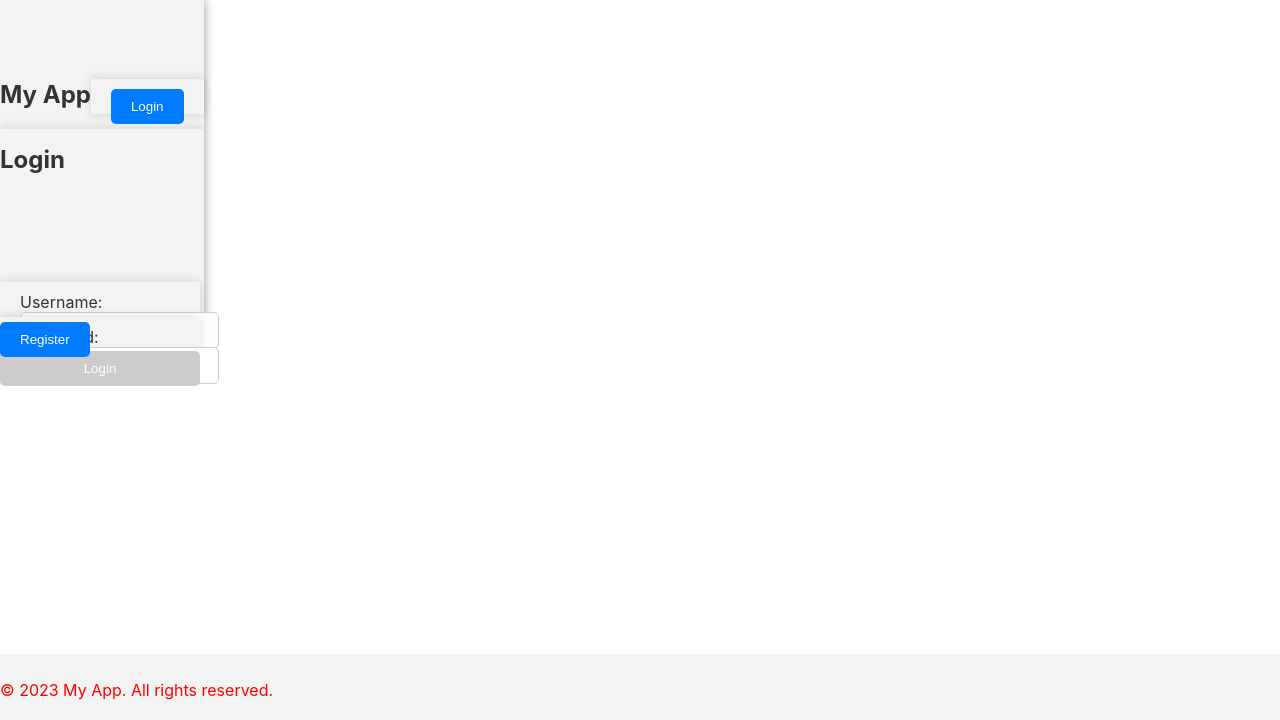
Repository: iMlearnDinG/react-app-v2
Page: /
The author's editor kept a copy of each file at every save. The page is drawn from the files as they stood at one save, then again after the next save.
The browser window is 1280 px wide. The pictures show the whole page.
The page's requests for data from a server got no answer. The project was rebuilt for these pictures with package versions that can differ from the ones it lists, and the page was loaded fresh each time. No one was signed in, and anything a server would have sent is missing. Also part of the build but not shown: src/components/Register.js, src/components/Lobby.js, src/components/Game.js, src/components/Menu.js.

Above is the page before, as saved 2023-07-19 02:13:25.

### src/index.js
import React from 'react';
import ReactDOM from 'react-dom/client';
import './index.css';
import App from './App';
import reportWebVitals from './reportWebVitals';

ReactDOM.createRoot(document.getElementById('root')).render(
  <React.StrictMode>
    <App />
  </React.StrictMode>,
);

// If you want to start measuring performance in your app, pass a function
// to log results (for example: reportWebVitals(console.log))
// or send to an analytics endpoint. Learn more: https://bit.ly/CRA-vitals
reportWebVitals();

### src/App.js
import React, { useContext, useEffect } from 'react';
import { BrowserRouter as Router, Routes, Route, useNavigate } from 'react-router-dom';
import { AuthProvider, AuthContext } from './config/AuthContext';
import Login from './components/Login';
import Register from './components/Register';
import Lobby from './components/Lobby';
import Game from './components/Game';
import Menu from './components/Menu';
import Navbar from './components/Navbar'
import SessionRenewal from './SessionRenewal';

function PrivateRoute({ children }) {
  const { user, loading } = useContext(AuthContext);
  const navigate = useNavigate();

  useEffect(() => {
    if (!loading && !user) {
      navigate('/login', { replace: true });
    }
  }, [loading, user, navigate]);

  if (loading) {
    return <div>Loading...</div>;
  }

  if (!user) {
    return null;
  }

  return children;
}

function App() {
  return (
    <Router>
      <div className="App">
        <AuthProvider>
          <Navbar />
          <Routes>
            <Route path="/" element={<Login />} />
            <Route path="/login" element={<Login />} />
            <Route path="/register" element={<Register />} />
            <Route path="/lobby" element={<PrivateRoute><Lobby /></PrivateRoute>} />
            <Route path="/game" element={<PrivateRoute><Game /></PrivateRoute>} />
            <Route path="/menu" element={<PrivateRoute><Menu /></PrivateRoute>} />
          </Routes>
        </AuthProvider>
      </div>
    </Router>
  );
}

export default SessionRenewal(App);

### src/config/AuthContext.js
import React, { createContext, useState, useEffect } from 'react';

export const AuthContext = createContext();

export function AuthProvider({ children }) {
  const [user, setUser] = useState(null);
  const [loading, setLoading] = useState(true);

  useEffect(() => {
    // Fetch the current user from the server and update state
    const fetchUser = async () => {
      const response = await fetch(`${process.env.REACT_APP_API_BASE_URL}/auth`, {
        credentials: 'include',
      });
      const data = await response.json();
      if (data.success) {
        setUser(data.data.user);
      }
      setLoading(false);
    };
    fetchUser();
  }, []);

  const value = { user, setUser, loading };

  return <AuthContext.Provider value={value}>{children}</AuthContext.Provider>;
}

### src/components/Login.js
import React, { useState, useContext } from 'react';
import { useNavigate } from 'react-router-dom';
import { AuthContext } from '../config/AuthContext';
import "../css/login.css"

function Login() {
  const navigate = useNavigate();
  const { setUser } = useContext(AuthContext);
  const [username, setUsername] = useState('');
  const [password, setPassword] = useState('');
  const [isSubmitting, setIsSubmitting] = useState(false);
  const [error, setError] = useState(null);

  const handleSubmit = async (e) => {
    e.preventDefault();
    setIsSubmitting(true);
    setError(null);

    const response = await fetch(`${process.env.REACT_APP_API_BASE_URL}/login`, {
      method: 'POST',
      headers: { 'Content-Type': 'application/json' },
      body: JSON.stringify({ username, password }),
      credentials: 'include',
    });

    const data = await response.json();
    setIsSubmitting(false);
    if (data.success) {
      setUser(data.data.user);
      navigate('/menu');
    } else {
      setError(data.error);
    }
  };


  const handleInputChange = async (e) => {
    const { name, value } = e.target;
    if (name === 'username') {
      setUsername(value);
    } else if (name === 'password') {
      setPassword(value);
    }
  };

  const isFormValid = username !== '' && password !== '';

  const handleRegisterClick = async () => {
    navigate('/register');
  };

  return (
    <div>
      <h1>Login</h1>
      {error && <p>{error}</p>}
      <form onSubmit={handleSubmit}>
        <div>
          <label htmlFor="username">Username:</label>
          <input
            type="text"
            id="username"
            name="username"
            value={username}
            onChange={handleInputChange}
          />
        </div>
        <div>
          <label htmlFor="password">Password:</label>
          <input
            type="password"
            id="password"
            name="password"
            value={password}
            onChange={handleInputChange}
          />
        </div>
        <button type="submit" disabled={!isFormValid || isSubmitting}>
          Login
        </button>
      </form>
      <button onClick={handleRegisterClick}>Register</button>
    </div>
  );
}

export default Login;

### src/components/Navbar.js
import React, { useContext } from 'react';
import { useNavigate } from 'react-router-dom';
import { AuthContext } from '../config/AuthContext.js';
import axios from 'axios';
import '../css/navbar.css'

const Navbar = () => {
  const navigate = useNavigate();
  const { user, setUser } = useContext(AuthContext);

  const handleLogout = async () => {
    try {
      const res = await axios.post(`${process.env.REACT_APP_API_BASE_URL}/logout`, {}, {
        withCredentials: true,
      });

      if (res.data.success) {
        setUser(null);
        navigate('/login');
      } else {
        console.error(res.data.error);
      }
    } catch (error) {
      console.error(error);
    }
  };

  return (
    <div>
    <header>
        <h1 class="app-name">My App</h1>
        <div class="navbar-buttons">
        {user && (
            <button onClick={handleLogout}>Logout</button>
        )}
        {!user && (
            <button onClick={() => navigate('/login')}>Login</button>
        )}
        </div>
    </header>

    <footer>
        <p>© 2023 My App. All rights reserved.</p>
    </footer>
    </div>
  );
};

export default Navbar;

### src/SessionRenewal.js
import React, { useEffect, useRef } from 'react';

function SessionRenewal(WrappedComponent) {
  return function WrappedWithSessionRenewal(props) {
    const activityDetected = useRef(false);

    useEffect(() => {
      let timeoutId;

      const renewSession = () => {
        fetch('/api/renew-session', {
          method: 'POST',
          credentials: 'include', // Include cookies in the request
        })
        .then(res => res.json())
        .then((data) => {
          if (!data.success) {
            console.error('Session renewal failed:', data.error);
          }
        })
        .catch((error) => {
          console.error('Error:', error);
        });
      };

      const resetTimeout = () => {
        console.log('User activity detected');
        if (timeoutId) {
          clearTimeout(timeoutId);
        }
        timeoutId = setTimeout(renewSession, 1); // 5 minutes
      };

      const activityHandler = () => {
        activityDetected.current = true;
      };

      window.addEventListener('mousemove', activityHandler);
      window.addEventListener('keydown', activityHandler);
      window.addEventListener('click', activityHandler);
      window.addEventListener('input', activityHandler);

      const intervalId = setInterval(() => {
        if (activityDetected.current) {
          resetTimeout();
          activityDetected.current = false;
        }
      }, 225000);

      return () => {
        window.removeEventListener('mousemove', activityHandler);
        window.removeEventListener('keydown', activityHandler);
        window.removeEventListener('click', activityHandler);
        window.removeEventListener('input', activityHandler);
        clearTimeout(timeoutId);
        clearInterval(intervalId);
      };
    }, []);

    return <WrappedComponent {...props} />;
  };
}

export default SessionRenewal;

### src/css/login.css
div {
    display: flex;
    flex-direction: column;
    align-items: center;
    justify-content: center;
    height: 2vh;
    padding: 20px;
    background-color: #F3F3F3;
  }

  h1 {
    margin-bottom: 20px;
    color: #333;
    font-size: 28px;
  }

  p {
    color: red;
    margin-bottom: 10px;
  }

  form {
    display: flex;
    flex-direction: column;
    width: 200px;
    height: 40px;
    margin-top: 15vh;
  }

  div label {
    margin-bottom: 5px;
    color: #333;
  }

  div input {
    margin-bottom: 70px;
    padding: 10px;
    border: 1px solid #ccc;
    border-radius: 5px;
  }

  button {
    padding: 10px 20px;
    background-color: #007BFF;
    color: #FFF;
    border: none;
    border-radius: 5px;
    cursor: pointer;
    transition: background-color 0.3s ease;
    margin-bottom: 10px;
  }

  button:disabled {
    background-color: #ccc;
  }

  button:hover:not(:disabled) {
    background-color: #0056b3;
  }

### src/css/navbar.css
div {
    display: flex;
    justify-content: space-between;
    align-items: center;
    display: table-row;
    padding: 10px 20px;
    background-color: #F3F3F3;
    box-shadow: 0px 0px 10px 0px rgba(0,0,0,0.15);
  }

  header, footer {
    display: flex;
    justify-content: space-between;
    align-items: center;
    width: 100%;
  }

  header {
    margin-top: 4rem;
  }

  h1 {
    color: #333;
    font-size: 24px;
  }

  button {
    padding: 10px 20px;
    background-color: #007BFF;
    color: #FFF;
    border: none;
    border-radius: 5px;
    cursor: pointer;
    transition: background-color 0.3s ease;
  }

  button:hover {
    background-color: #0056b3;
  }

  footer {
    position: fixed;
    bottom: 0;
    width: 100%;
    background-color: #F3F3F3;
    color: #666;
    text-align: center;
    padding: 10px 0;
  }

Loaded but not shown: public/index.html (common file); src/index.css (common file); src/reportWebVitals.js (common file)

After the next save:
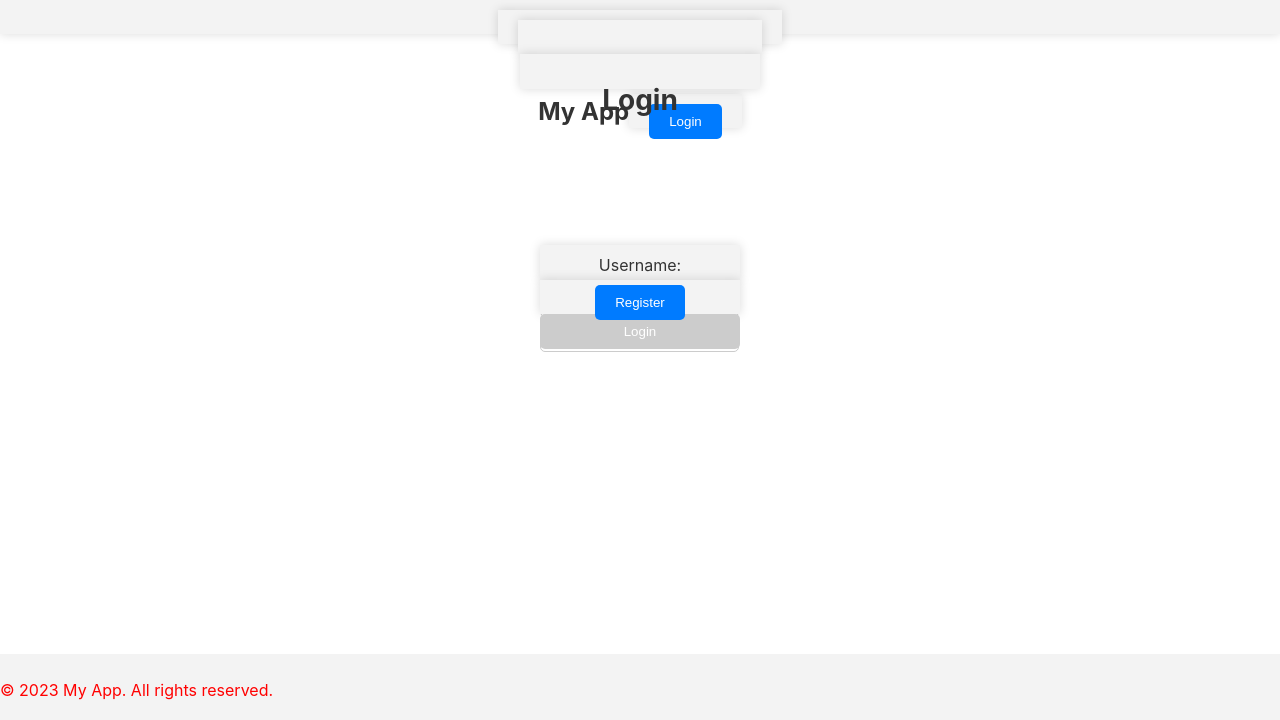
Saved 48 s later.
--- a/src/css/navbar.css
+++ b/src/css/navbar.css
@@ -2,10 +2,9 @@ div {
     display: flex;
     justify-content: space-between;
     align-items: center;
-    display: table-row;
     padding: 10px 20px;
     background-color: #F3F3F3;
-    box-shadow: 0px 0px 10px 0px rgba(0,0,0,0.15);
+    box-shadow: 0px 0px 10px 0px rgba(0, 0, 0, 0.15);
   }
 
   header, footer {
@@ -19,9 +18,15 @@ div {
     margin-top: 4rem;
   }
 
-  h1 {
+  h1.app-name {
     color: #333;
     font-size: 24px;
+    margin: 0;
+  }
+
+  .navbar-buttons {
+    display: flex;
+    align-items: center;
   }
 
   button {
